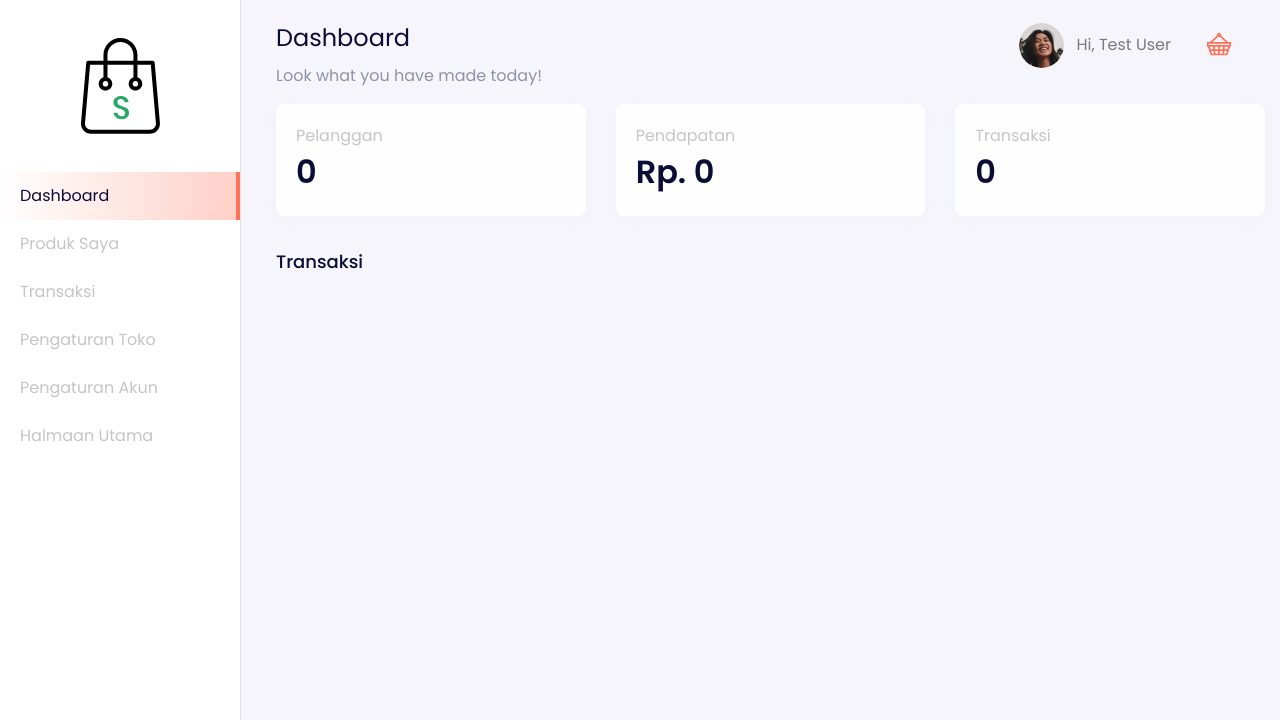
Repository: asyrofuddien/Meubel_Store
Page: http://localhost/dashboard
The author's editor kept a copy of each file at every save. The page is drawn from the files as they stood at one save, then again after the next save.
The browser window is 1280 px wide. The pictures show the whole page.
The page is served by the project's Laravel application, run on PHP 8.4 with Laravel 8. A made-up administrator, Test User (test@example.com), is signed in. Other server files are loaded and not shown. Queries for data that is not in the repository find no rows.

Above is the page before, as saved 2023-05-31 13:42:57.

### routes/web.php
<?php

use Illuminate\Support\Facades\Route;
use Illuminate\Support\Facades\Auth;

/*
|--------------------------------------------------------------------------
| Web Routes
|--------------------------------------------------------------------------
|
| Here is where you can register web routes for your application. These
| routes are loaded by the RouteServiceProvider within a group which
| contains the "web" middleware group. Now create something great!
|
*/
// Route::get('/', 'HomeController@index')->name('home');

Route::get('/categories', 'CategoryController@index')->name('categories');
Route::get('/categories/{id}', 'CategoryController@detail')->name('categories-detail');

Route::get('/details/{id}', 'DetailController@index')->name('detail');
Route::post('/details/{id}', 'DetailController@add')->name('detail-add');

Route::post('/checkout/callback', 'CheckoutController@callback')->name('midtrans-callback');

Route::get('/success', 'CartController@success')->name('success');
Route::get('/register/success', 'Auth\RegisterController@success')->name('register-success');

Route::group(['middleware' => ['auth']], function(){

    Route::get('/cart', 'CartController@index')->name('cart');
    Route::delete('/cart/{id}', 'CartController@delete')->name('cart-delete');

    Route::post('/checkout', 'CheckoutController@process')->name('checkout');

    Route::get('/dashboard', 'DashboardController@index')->name('dashboard');

    Route::get('/dashboard/products', 'DashboardProductController@index')->name('dashboard-product');

    Route::get('/dashboard/products/create', 'DashboardProductController@create')->name('dashboard-product-create');
    Route::post('/dashboard/products', 'DashboardProductController@store')->name('dashboard-product-store');

    Route::get('/dashboard/products/{id}', 'DashboardProductController@details')->name('dashboard-product-details');
    Route::post('/dashboard/products/{id}', 'DashboardProductController@update')->name('dashboard-product-update');

    Route::post('/dashboard/products/gallery/upload', 'DashboardProductController@uploadGallery')->name('dashboard-product-gallery-upload');

    Route::get('/dashboard/products/gallery/delete/{id}', 'DashboardProductController@deleteGallery')->name('dashboard-product-gallery-delete');

    Route::get('/dashboard/transactions', 'DashboardTransactionController@index')->name('dashboard-transaction');
    Route::get('/dashboard/transactions/{id}', 'DashboardTransactionController@details')->name('dashboard-transaction-details');
    Route::post('/dashboard/transactions/{id}', 'DashboardTransactionController@update')->name('dashboard-transaction-update');

    Route::get('/dashboard/settings', 'DashboardSettingController@store')->name('dashboard-settings-store');
    Route::get('/dashboard/account', 'DashboardSettingController@account')->name('dashboard-settings-account');
    Route::post('/dashboard/account/{redirect}', 'DashboardSettingController@update')->name('dashboard-settings-redirect');

});

// ->middleware(['auth', 'admin'])
Route::prefix('admin')
    ->namespace('Admin')
    ->middleware(['auth', 'admin'])
    ->group(function() {
        Route::get('/', 'DashboardController@index')->name('admin-dashboard');
        Route::resource('category', 'CategoryController');
        Route::resource('user', 'UserController');
        Route::resource('product', 'ProductController');
        Route::resource('product-gallery', 'ProductGalleryController');
        Route::resource('transaction', 'TransactionController');
    });

Auth::routes();

### app/User.php
<?php

namespace App;

use Illuminate\Contracts\Auth\MustVerifyEmail;
use Illuminate\Foundation\Auth\User as Authenticatable;
use Illuminate\Notifications\Notifiable;

class User extends Authenticatable
{
    use Notifiable;

    /**
     * The attributes that are mass assignable.
     *
     * @var array
     */
    protected $fillable = [
        'name', 'email', 'password', 'roles', 'store_name', 'categories_id', 'store_status',
        'address_one', 'address_two', 'provinces_id', 'regencies_id', 'zip_code', 'country', 'phone_number'
    ];

    /**
     * The attributes that should be hidden for arrays.
     *
     * @var array
     */
    protected $hidden = [
        'password', 'remember_token',
    ];

    /**
     * The attributes that should be cast to native types.
     *
     * @var array
     */
    protected $casts = [
        'email_verified_at' => 'datetime',
    ];
}

### app/Http/Controllers/DashboardController.php
<?php

namespace App\Http\Controllers;

use Illuminate\Http\Request;
use Illuminate\Support\Facades\Auth;

use App\TransactionDetail;
use App\User;

class DashboardController extends Controller
{
    /**
     * Show the application dashboard.
     *
     * @return \Illuminate\Contracts\Support\Renderable
     */
    public function index()
    {
        $transactions = TransactionDetail::with(['transaction.user', 'product.galleries'])
                            ->whereHas('product', function($product){
                                $product->where('users_id', Auth::user()->id);
                            });

        $reveneu = $transactions->orderby('created_at', 'DESC')->get()->reduce(function ($carry, $item){
            return $carry + $item->price;
        });

        $customer = User::count();

        return view('pages.dashboard', [
            'transaction_count' => $transactions->count(),
            'transaction_data' => $transactions->get(),
            'revenue' => $reveneu,
            'customer' => $customer
        ]);
    }
}

### app/TransactionDetail.php
<?php

namespace App;

use Illuminate\Database\Eloquent\Model;

class TransactionDetail extends Model
{
    /**
     * The attributes that are mass assignable.
     *
     * @var array
     */
    protected $fillable = [
       'transactions_id', 'products_id', 'price', 'shipping_status', 'resi', 'code'
    ];

    /**
     * The attributes that should be hidden for arrays.
     *
     * @var array
     */
    protected $hidden = [

    ];

    public function product(){
        return $this->hasOne(Product::class, 'id', 'products_id');
    }

    public function transaction(){
        return $this->hasOne(Transaction::class, 'id', 'transactions_id');
    }
}

### app/Product.php
<?php

namespace App;

use Illuminate\Database\Eloquent\Model;
use Illuminate\Database\Eloquent\SoftDeletes;

class Product extends Model
{
    use SoftDeletes;

    protected $fillable = [
        'name', 'users_id', 'categories_id', 'price', 'description', 'slug'
    ];

    public $hidden = [

    ];

    public function galleries(){
        return $this->hasMany(ProductGallery::class, 'products_id', 'id');
    }

    public function user(){
        return $this->hasOne(User::class, 'id', 'users_id');
    }

    public function category(){
        return $this->belongsTo(Category::class, 'categories_id', 'id');
    }
}

### resources/views/pages/dashboard.blade.php
@extends('layouts.dashboard')

@section('title')
    Dashboard Toko
@endsection

@section('content')
    <!-- Page Content -->
    <div
        class="section-content section-dashboard-home"
        data-aos="fade-up"
        >
        <div class="container-fluid">
            <div class="dashboard-heading">
            <h2 class="dashboard-title">Dashboard</h2>
            <p class="dashboard-subtitle">Look what you have made today!</p>
            <div class="dashboard-content">
                <div class="row">
                <div class="col-md-4">
                    <div class="card mb-2">
                    <div class="card-body">
                        <div class="dashboard-card-title">Pelanggan</div>
                        <div class="dashboard-card-subtitle">{{ number_format($customer) }}</div>
                    </div>
                    </div>
                </div>
                <div class="col-md-4">
                    <div class="card mb-2">
                    <div class="card-body">
                        <div class="dashboard-card-title">Pendapatan</div>
                        <div class="dashboard-card-subtitle">Rp. {{ number_format($revenue) }}</div>
                    </div>
                    </div>
                </div>
                <div class="col-md-4">
                    <div class="card mb-2">
                    <div class="card-body">
                        <div class="dashboard-card-title">Transaksi</div>
                        <div class="dashboard-card-subtitle">
                        {{ number_format($transaction_count) }}
                        </div>
                    </div>
                    </div>
                </div>
                </div>
                <div class="row mt-3">
                    <div class="col-12 mt-2">
                        <h5 class="mb-3">Transaksi</h5>
                        @foreach ($transaction_data as $transaction)
                            <a
                                href="{{  route('dashboard-transaction-details', $transaction->id)  }}"
                                class="card card-list d-block"
                                >
                                <div class="card-body">
                                    <div class="row">
                                        <div class="col-md-1">
                                            <img
                                            src="{{ Storage::url($transaction->product->galleries->first()->photos ?? '') }}"
                                            class="w-50"
                                            />
                                        </div>
                                        <div class="col-md-4">{{ $transaction->product->name ?? '' }}</div>
                                        <div class="col-md-3">{{ $transaction->transaction->user->name ?? '' }}</div>
                                        <div class="col-md-3">{{ $transaction->created_at ?? '' }}</div>
                                        <div class="col-md-1 d-none-d-md-block">
                                            <img
                                            src="/images/dashboard-arrow-right.svg"
                                            alt=""
                                            />
                                        </div>
                                    </div>
                                </div>
                            </a>
                        @endforeach
                    </div>
                </div>
            </div>
            </div>
        </div>
    </div>
@endsection

### resources/views/layouts/dashboard.blade.php
<!DOCTYPE html>
<html lang="en">
  <head>
    <meta charset="utf-8" />
    <meta
      name="viewport"
      content="width=device-width, initial-scale=1, shrink-to-fit=no"
    />
    <meta name="description" content="" />
    <meta name="author" content="" />

    <title>@yield('title')</title>

    @stack('prepend-style')
    <link href="https://unpkg.com/aos@2.3.1/dist/aos.css" rel="stylesheet" />
    <link href="/style/main.css" rel="stylesheet" />
    @stack('addon-style')
  </head>

  <body>
    <div class="page-dashboard">
      <div class="d-flex" id="wrapper" data-aos="fade-right">
        <!-- sidebar -->
        <div class="border-right" id="sidebar-wrapper">
          <div class="sidebar-heading text-center">
            <img src="/images/dashboard-store-logo.svg" class="my-4" alt="" />
          </div>
          <div class="list-group list-group-flush">
            <a
              href="{{ route('dashboard') }}"
              class="list-group-item list-group-item-action {{ (request()->is('dashboard')) ? 'active' : '' }}"
            >
              Dashboard</a
            >
            <a
              href="{{ route('dashboard-product') }}"
              class="list-group-item list-group-item-action {{ (request()->is('dashboard/products*')) ? 'active' : '' }}"
            >
              Produk Saya</a
            >
            <a
              href="{{ route('dashboard-transaction') }}"
              class="list-group-item list-group-item-action {{ (request()->is('dashboard/transactions*')) ? 'active' : '' }}"
            >
              Transaksi</a
            >
            <a
              href="{{ route('dashboard-settings-store') }}"
              class="list-group-item list-group-item-action {{ (request()->is('dashboard/settings*')) ? 'active' : '' }}"
            >
              Pengaturan Toko</a
            >
            <a
              href="{{ route('dashboard-settings-account') }}"
              class="list-group-item list-group-item-action {{ (request()->is('dashboar/account*')) ? 'active' : '' }}"
            >
              Pengaturan Akun</a
            >
            <a
              href="/"
              class="list-group-item list-group-item-action"
            >
              Halmaan Utama</a
            >
          </div>
        </div>

        <!-- Page Content -->
        <div id="page-content-wrapper">
          <nav
            class="navbar navbar-expand-lg navbar-light navbar-store fixed-top"
            data-aos="fade-down"
          >
            <div class="container-fluid">
              <button
                class="btn btn-secondary d-md-none mr-auto mr-2"
                id="menu-toggle"
              >
                &laquo; Menu
              </button>
              <button
                class="navbar-toggler"
                type="button"
                data-toggle="collapse"
                data-target="#navbarSupportedContent"
              >
                <span class="navbar-toggler-icon"></span>
              </button>
              <div class="collapse navbar-collapse" id="navbarSupportedContent">
                <!-- Desktop Menu -->
                <ul class="navbar-nav d-none d-lg-flex ml-auto">
                  <li class="nav-item dropdown">
                    <a
                      href="#"
                      class="nav-link"
                      id="navbarDropdown"
                      role="button"
                      data-toggle="dropdown"
                    >
                      <img
                        src="/images/icon-user.png"
                        alt=""
                        class="rounded-circle mr-2 profil-picture"
                      />
                      Hi, {{ Auth::user()->name }}
                    </a>
                    <div class="dropdown-menu">
                        <a href="{{ route('dashboard') }}" class="dropdown-item"
                            >Dashboard</a
                        >
                        <a
                            href="{{ route('dashboard-settings-account') }}"
                            class="dropdown-item"
                            >Setting</a
                        >
                        <div class="dropdown-divider"></div>
                            <a href="{{ route('logout') }}" onclick="event.preventDefault(); document.getElementById('logout-form').submit();"
                              class="dropdown-item"
                              >Logout</a>
                            <form id="logout-form" action="{{ route('logout') }}" method="POST" class="d-none">
                                @csrf
                            </form>
                    </div>
                  </li>
                  <li class="nav-item">
                      <a href="{{ route('cart') }}" class="nav-link d-inline-block mt-2">
                          @php
                          $carts = \App\Cart::where('users_id', Auth::user()->id)->count();
                          @endphp

                          @if ($carts > 0)
                              <img src="/images/icon-cart-filled.svg" alt="" />
                              <div class="card-badge">{{ $carts }}</div>
                          @else
                            <img src="/images/icon-cart-empty.svg" alt="" />
                          @endif
                      </a>
                  </li>
                </ul>

                <ul class="navbar-nav d-block d-lg-none">
                  <li class="nav-item">
                    <a href="#" class="nav-link"> Hi, {{ Auth::user()->name }} </a>
                  </li>
                  <li class="nav-item">
                    <a href="#" class="nav-link d-inline-box"> Cart </a>
                  </li>
                </ul>
              </div>
            </div>
          </nav>
          {{-- Content --}}
          @yield('content')
        </div>
      </div>
    </div>

    <!-- Bootstrap core JavaScript -->
    @stack('prepend-script')
    <script src="/vendor/jquery/jquery.slim.min.js"></script>
    <script src="/vendor/bootstrap/js/bootstrap.bundle.min.js"></script>
    <script src="https://unpkg.com/aos@2.3.1/dist/aos.js"></script>
    <script>
      AOS.init();
    </script>
    <script>
      $("#menu-toggle").click(function (e) {
        e.preventDefault();
        $("#wrapper").toggleClass("toggled");
      });
    </script>
    @stack('addon-script')
  </body>
</html>

### app/Cart.php
<?php

namespace App;

use Illuminate\Database\Eloquent\Model;

class Cart extends Model
{
    protected $fillable = [
        'products_id', 'users_id'
    ];

    public $hidden = [

    ];

    public function product(){
        return $this->hasOne(Product::class, 'id', 'products_id');
    }

    public function user(){
        return $this->belongsTo(User::class, 'users_id', 'id');
    }
}

### public/images/dashboard-store-logo.svg
<svg width="79" height="96" viewBox="0 0 79 96" fill="none" xmlns="http://www.w3.org/2000/svg">
<path d="M73.6514 24.5715C73.564 23.5359 72.6916 22.7424 71.6521 22.7525H56.4572V16.9943C56.4572 7.60839 48.848 0 39.4629 0C30.077 0 22.4686 7.60839 22.4686 16.9943V22.7525H7.27367C6.23886 22.7564 5.37509 23.5421 5.27434 24.5715L0.0362506 84.7919C-0.201951 87.584 0.741483 90.3487 2.6385 92.4128C4.53474 94.4762 7.20963 95.65 10.0126 95.6477H68.9327C71.7357 95.65 74.4106 94.4762 76.3068 92.4128C78.2038 90.3487 79.148 87.584 78.9098 84.7919L73.6514 24.5715ZM26.4672 16.9943C26.4672 9.81703 32.2856 3.99866 39.4629 3.99866C46.6402 3.99866 52.4585 9.81703 52.4585 16.9943V22.7525H26.4672V16.9943ZM73.3515 89.7098C72.2207 90.9547 70.6142 91.66 68.9327 91.649H9.99229C8.31082 91.6498 6.70667 90.9446 5.56955 89.7059C4.43322 88.4665 3.86856 86.8069 4.01461 85.1317L9.09259 26.7512H22.4686V39.2267C19.2533 40.2162 17.2453 43.4081 17.7459 46.7351C18.2458 50.0614 21.1042 52.5215 24.4679 52.5215C27.8316 52.5215 30.6893 50.0614 31.1899 46.7351C31.6897 43.4081 29.6818 40.2162 26.4672 39.2267V26.7309H52.4585V39.2267C49.2432 40.2162 47.2353 43.4081 47.7359 46.7351C48.2357 50.0614 51.0941 52.5215 54.4579 52.5215C57.8216 52.5215 60.6792 50.0614 61.1798 46.7351C61.6797 43.4081 59.6717 40.2162 56.4572 39.2267V26.7309H69.8129L74.8909 85.1114C75.0549 86.7936 74.4949 88.4657 73.3515 89.7098ZM24.168 42.9458C24.3672 42.9723 24.5687 42.9723 24.7678 42.9458C26.2462 43.1051 27.3427 44.3937 27.2631 45.8784C27.1826 47.3638 25.9549 48.5275 24.4679 48.5275C22.9801 48.5275 21.7524 47.3638 21.6728 45.8784C21.5931 44.3937 22.6888 43.1051 24.168 42.9458ZM54.158 42.9458C54.3571 42.9723 54.5586 42.9723 54.7578 42.9458C56.2362 43.1051 57.3327 44.3937 57.253 45.8784C57.1726 47.3638 55.9449 48.5275 54.4579 48.5275C52.9701 48.5275 51.7424 47.3638 51.6627 45.8784C51.583 44.3937 52.6788 43.1051 54.158 42.9458Z" fill="black"/>
<path d="M48.056 74.984C48.056 76.0933 47.7893 77.128 47.256 78.088C46.7227 79.0267 45.912 79.784 44.824 80.36C43.736 80.936 42.4027 81.224 40.824 81.224C39.288 81.224 37.912 80.9573 36.696 80.424C35.48 79.8693 34.5093 79.1013 33.784 78.12C33.0587 77.1387 32.6427 76.008 32.536 74.728H36.44C36.5467 75.7093 36.9627 76.552 37.688 77.256C38.4347 77.96 39.4267 78.312 40.664 78.312C41.7733 78.312 42.6267 78.0133 43.224 77.416C43.8427 76.8187 44.152 76.0507 44.152 75.112C44.152 74.3013 43.928 73.64 43.48 73.128C43.032 72.5947 42.4773 72.1787 41.816 71.88C41.1547 71.5813 40.248 71.24 39.096 70.856C37.688 70.408 36.536 69.96 35.64 69.512C34.7653 69.064 34.0187 68.4133 33.4 67.56C32.7813 66.7067 32.472 65.5867 32.472 64.2C32.472 62.984 32.7707 61.9173 33.368 61C33.9653 60.0827 34.8187 59.3787 35.928 58.888C37.0373 58.376 38.3173 58.12 39.768 58.12C42.072 58.12 43.896 58.6747 45.24 59.784C46.6053 60.8933 47.384 62.344 47.576 64.136H43.64C43.4907 63.2827 43.0853 62.5573 42.424 61.96C41.784 61.3413 40.8987 61.032 39.768 61.032C38.744 61.032 37.9227 61.2987 37.304 61.832C36.6853 62.344 36.376 63.0907 36.376 64.072C36.376 64.84 36.5893 65.48 37.016 65.992C37.4427 66.4827 37.976 66.8773 38.616 67.176C39.2773 67.4533 40.1733 67.784 41.304 68.168C42.7333 68.616 43.896 69.0747 44.792 69.544C45.7093 69.992 46.4773 70.6533 47.096 71.528C47.736 72.4027 48.056 73.5547 48.056 74.984Z" fill="#29A867"/>
</svg>

### public/images/icon-cart-empty.svg
<svg width="24" height="24" viewBox="0 0 24 24" fill="none" xmlns="http://www.w3.org/2000/svg">
<path d="M24 14.8052V10.0134H21.0326L14.0085 3.52308C14.0873 3.30075 14.1307 3.06174 14.1307 2.81266C14.1307 1.6378 13.1749 0.681976 12 0.681976C10.8251 0.681976 9.86932 1.6378 9.86932 2.81266C9.86932 3.06171 9.91267 3.30075 9.99155 3.52308L2.96739 10.0134H0V14.8052H0.838911L3.75375 23.3181H20.2462L23.161 14.8052H24V14.8052ZM15.903 17.3536H12.8412V14.8284H16.1524L15.903 17.3536ZM11.1588 21.6356H8.5198L8.2631 19.0361H11.1588V21.6356ZM8.09698 17.3536L7.84763 14.8284H11.1588V17.3536H8.09698ZM12.4482 2.81266C12.4482 2.94258 12.3923 3.05941 12.3037 3.14133C12.2238 3.21526 12.1172 3.26086 12 3.26086C11.8828 3.26086 11.7763 3.21526 11.6963 3.14133C11.6077 3.05939 11.5518 2.94258 11.5518 2.81266C11.5518 2.68274 11.6077 2.5659 11.6963 2.48398C11.7762 2.41005 11.8828 2.36445 12 2.36445C12.1172 2.36445 12.2237 2.41005 12.3037 2.48398C12.3923 2.56593 12.4482 2.68274 12.4482 2.81266ZM11.1336 4.75854C11.3985 4.87695 11.6916 4.94336 12 4.94336C12.3084 4.94336 12.6015 4.87695 12.8664 4.75854L18.5535 10.0134H5.44657L11.1336 4.75854ZM1.68247 11.6959H22.3175V13.1227H1.68247V11.6959ZM6.15699 14.8284L6.40634 17.3536H3.4899L2.62525 14.8284H6.15699ZM4.95605 21.6356L4.06597 19.0361H6.57249L6.82916 21.6356H4.95605ZM12.8412 19.0361H15.7369L15.4802 21.6356H12.8412V19.0361ZM19.044 21.6356H17.1708L17.4275 19.0361H19.934L19.044 21.6356ZM20.5101 17.3536H17.5937L17.843 14.8284H21.3748L20.5101 17.3536Z" fill="#FF7158"/>
</svg>

Loaded but not shown: app/Http/Controllers/Auth/LoginController.php (common file); app/Http/Controllers/Controller.php (common file); app/Http/Controllers/Auth/ConfirmPasswordController.php (common file); public/style/main.css (library); public/images/logo.svg (1 lines, source omitted)

After the next save:
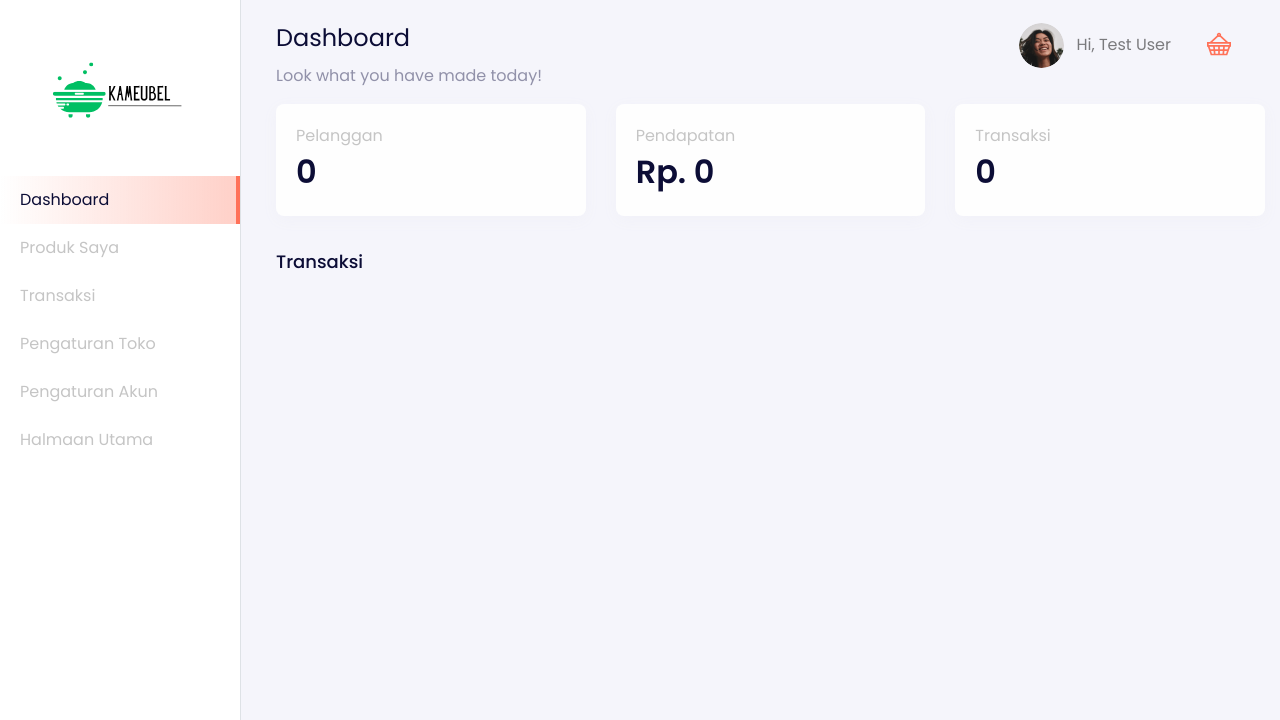
Saved 2 min 12 s later.
--- a/resources/views/layouts/dashboard.blade.php
+++ b/resources/views/layouts/dashboard.blade.php
@@ -23,7 +23,7 @@
         <!-- sidebar -->
         <div class="border-right" id="sidebar-wrapper">
           <div class="sidebar-heading text-center">
-            <img src="/images/dashboard-store-logo.svg" class="my-4" alt="" />
+            <img src="/images/logo.svg" class="my-4" alt="" />
           </div>
           <div class="list-group list-group-flush">
             <a
